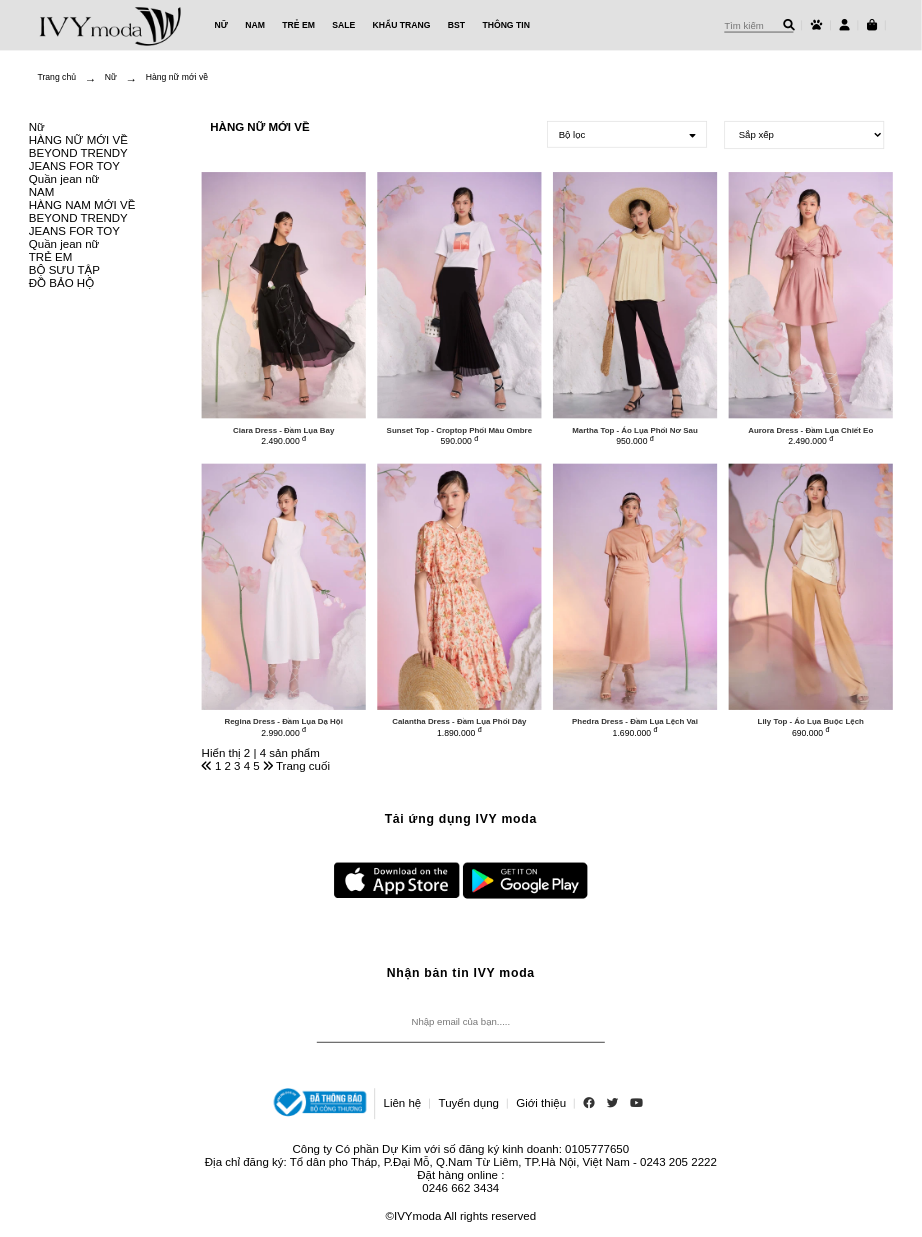
Repository: dinhvanbinh2310/ivy-moda
Page: cartegory.html
The author's editor kept a copy of each file at every save. The page is drawn from the files as they stood at one save, then again after the next save.
The browser window is 1280 px wide. The pictures show the whole page, at 72% of full size.

Above is the page before, as saved 2022-05-03 20:28:02.

### cartegory.html
<!DOCTYPE html>
<html lang="en">

<head>
    <meta charset="UTF-8">
    <meta http-equiv="X-UA-Compatible" content="IE=edge">
    <meta name="viewport" content="width=device-width, initial-scale=1.0">
    <link rel="stylesheet" href="./fontawesome-free-6.1.1-web/css/all.css">
    <link rel="stylesheet" href="./style.css">
    <title>IVY moda</title>
</head>
<header>
  <div class="logo">
      <img src="./Images/logo.png" alt="logo" class="logo">
  </div>
  <div class="menu">
      <li><a href="">NỮ</a>
          <ul class="sub-menu">
              <li> <a href="">Hàng mới về</a>
              </li>
              <li> <a href="">Collection</a>
              </li>
              <li> <a href=""> Áo</a>
                  <ul>
                      <li> <a href="">Áo sơ mi</a>
                      </li>
                      <li> <a href="">Áo thun</a>
                      </li>
                      <li> <a href="">Áo khoác</a>
                      </li>
                      <li> <a href="">Áo len</a>
                      </li>
                  </ul>
              </li>
              <li> <a href="">Quần</a>
                  <ul>
                      <li> <a href="">Quần jean</a>
                      </li>
                      <li> <a href="">Quần lửng</a>
                      </li>
                      <li> <a href="">Quần dài</a>
                      </li>

                  </ul>
              </li>
          </ul>
      </li>
      <li><a href="">NAM</a>
      </li>
      <li><a href="">TRẺ EM</a>
      </li>
      <li><a href="">SALE</a>
      </li>
      <li><a href="">KHẨU TRANG</a>
      </li>
      <li><a href="">BST</a>
      </li>
      <li><a href="">THÔNG TIN</a>
      </li>
  </div>
  <div class="others">
      <li>
          <input placeholder="Tìm kiếm" type="text"> <i class="fa-solid fa-magnifying-glass"></i>
      </li>
      <li>
          <a class="fa-solid fa-paw" href=""></a>
      </li>
      <li>
          <a class="fa-solid fa-user" href=""></a>
      </li>
      <li>
          <a class="fa-solid fa-bag-shopping" href=""></a>
      </li>
  </div>
</header>
<!------------------------------Cartegory---------------------------------->
<section class="cartegory">
    <div class="container">
        <div class="cartegory-top row">
            <p>Trang chủ</p> <span>&#8594;</span> <p>Nữ</p> <span>&#8594;</span> <p>Hàng nữ mới về</p>
        </div>
    </div>
    <div class="container">
        <div class="row">
            <div class="cartegory-left">
                <ul>
                    <li class="cartegory-left-li"><a href="">Nữ</a>
                    <ul>
                        <li><a href="">HÀNG NỮ MỚI VỀ</a></li>
                        <li><a href="">BEYOND TRENDY</a></li>
                        <li><a href="">JEANS FOR TOY</a></li>
                        <li><a href="">Quần jean nữ</a></li>
                    </ul>
                    </li>
                    <li class="cartegory-left-li"><a href="">NAM</a>
                        <ul>
                            <li><a href="">HÀNG NAM MỚI VỀ</a></li>
                            <li><a href="">BEYOND TRENDY</a></li>
                            <li><a href="">JEANS FOR TOY</a></li>
                            <li><a href="">Quần jean nữ</a></li>
                        </ul>
                    </li>
                    <li class="cartegory-left-li"><a href="">TRẺ EM</a></li>
                    <li class="cartegory-left-li"><a href="">BỘ SƯU TẬP</a></li>
                    <li class="cartegory-left-li"><a href="">ĐỒ BẢO HỘ</a></li>
                </ul>
            </div>
            <div class="cartegory-right row">
                <div class="cartegory-right-top-item">
                    <p>HÀNG NỮ MỚI VỀ</p>
                </div>
                <div class="cartegory-right-top-item">
                   <button><span>Bộ lọc</span> <i class="fa-solid fa-sort-down"></i></button>
                </div>
                <div class="cartegory-right-top-item">
                    <select name="" id="">
                        <option value="">Sắp xếp</option>
                        <option value="">Giá cao đến thấp</option>
                        <option value="">Giá thấp đến cao</option>
                    </select>
                </div>
                <div class="cartegory-right-content row">
                    <div class="cartegory-right-content-item">
                        <img src="./Images/product1.jpg" alt="">
                        <h1>Ciara Dress - Đầm Lụa Bay</h1>
                        <p>2.490.000 <sup>đ</sup></p>
                    </div>
                    <div class="cartegory-right-content-item">
                        <img src="./Images/product2.jpg" alt="">
                        <h1>Sunset Top - Croptop Phối Màu Ombre</h1>
                        <p>590.000 <sup>đ</sup></p>
                    </div>
                    <div class="cartegory-right-content-item">
                        <img src="./Images/product3.jpg" alt="">
                        <h1>Martha Top - Áo Lụa Phối Nơ Sau</h1>
                        <p>950.000 <sup>đ</sup></p>
                    </div>
                    <div class="cartegory-right-content-item">
                        <img src="./Images/product4.jpg" alt="">
                        <h1>Aurora Dress - Đầm Lụa Chiết Eo</h1>
                        <p>2.490.000 <sup>đ</sup></p>
                    </div>
                    <div class="cartegory-right-content-item">
                        <img src="./Images/product5.jpg" alt="">
                        <h1>Regina Dress - Đầm Lụa Dạ Hội</h1>
                        <p>2.990.000 <sup>đ</sup></p>
                    </div>
                    <div class="cartegory-right-content-item">
                        <img src="./Images/product6.jpg" alt="">
                        <h1>Calantha Dress - Đầm Lụa Phối Dây</h1>
                        <p>1.890.000 <sup>đ</sup></p>
                    </div>
                    <div class="cartegory-right-content-item">
                        <img src="./Images/product7.jpg" alt="">
                        <h1>Phedra Dress - Đầm Lụa Lệch Vai</h1>
                        <p>1.690.000 <sup>đ</sup></p>
                    </div>
                    <div class="cartegory-right-content-item">
                        <img src="./Images/product8.jpg" alt="">
                        <h1>Lily Top - Áo Lụa Buộc Lệch</h1>
                        <p>690.000 <sup>đ</sup></p>
                    </div>
                    <div class="cartegory-right-bottom">
                        <div class="cartegory-right-bottom-items">
                            <p>Hiển thị 2 <span>|</span> 4 sản phẩm</p>
                        </div>
                        <div class="cartegory-right-bottom-items">
                            <p><span><i class="fa-solid fa-angles-left"></i></span> 1 2 3 4 5 <span><i class="fa-solid fa-angles-right"></i></span> Trang cuối</p>
                        </div>
                    </div>
                </div>
            </div>
      </div>
    </div>
</section>
<!------------------------------Footer---------------------------------->
<section class="app-container">
  <p>Tải ứng dụng IVY moda</p>
  <div class="app-google">
      <img src="./Images/appstore.png" alt="">
      <img src="./Images/googleplay.png" alt="">
  </div>
  <p>Nhận bản tin IVY moda</p>
  <input type="text" placeholder="Nhập email của bạn.....">
</section>

<div class="footer-top">
  <li>
      <a href=""> <img src="./Images/img-congthuong.png" alt="">
      </a>
  </li>
  <li>Liên hệ</li>
  <li>Tuyển dụng</li>
  <li>Giới thiệu</li>
  <li>
      <a href="" class="fa-brands fa-facebook"></a>
      <a href="" class="fa-brands fa-twitter"></a>
      <a href="" class="fa-brands fa-youtube"></a>
  </li>
</div>
<div class="footer-center">

  <p>
      Công ty Có phần Dự Kim với số đăng ký kinh doanh: 0105777650
      <br> Địa chỉ đăng ký: Tổ dân pho Tháp, P.Đại Mỗ, Q.Nam Từ Liêm, TP.Hà Nội, Việt Nam - 0243 205 2222
      <br> Đặt hàng online :
      <br>0246 662 3434
      <br>
  </p>
</div>
<div class="footer-bottom">
  ©IVYmoda All rights reserved
</div>
</body>
</html>

### style.css
*{
  margin: 0;
  padding: 0;
  box-sizing: border-box;
  font-family: Arial, Helvetica, sans-serif;
}
li{
  list-style: none;
}
a{
  text-decoration: none;
  color: #000;
}
header{
  display: flex;
  justify-content: space-between;
  height: 70px;
  padding: 12px 50px;
  align-items: center;
  position: fixed;
  top: 0;
  left: 0;
  z-index: 1;
  background:#DDDDDDDD;
  width: 100%;
}

.logo{
  flex: 1;
  padding-top: 10px;
 size: 5px;
}
.menu{
  flex: 3;
  display: flex;
}
.menu > li{
  padding: 0 12px;
  position: relative;
}
.menu  li a{
  font-size: 12px;
  font-weight: bold;
  display: block;
  line-height: 20px;
}
.menu > li:hover .sub-menu{
  visibility: visible;
  top: 45px;
}
.sub-menu{
  position: absolute;
  width: 150px;
  border: 1px solid #ccc;
  padding: 10px 0 10px 20px;
  visibility: hidden;
  top: 75px;
  transition: 0.3s;
  z-index: 1;
  background-color: #fff;
}
.sub-menu ul{
  padding-left: 20px;
}
.sub-menu li a{
  font-size: 12px;
  font-weight: normal;
}

.others{
  flex: 1;
  display: flex;
}
.others > li{
  padding: 0 12px;
  position: relative;
}
.others>li::after{
  content: "";
  display: block;
  width: 1px;
  height: 75%;
  background: #cccccc;
  position: absolute;
  right: 0;
  top: 50%;
  transform: translateY(-50%);
}
.others > li:first-child{
  position: relative;

}
.others > li:first-child input{
  width: 100%;
  height: 100%;
  background: #0000;
  border: none;
  border-bottom:1px solid #333 ;
}
.others > li:first-child i{
position: absolute;
right: 10px;
}
.sliders{
  overflow: hidden;
}
.aspect-ratio-169 {
  display: block;
  position: relative;
  padding-top: 56.25%;
  transition: 0.3s;
}
.aspect-ratio-169 img {
  display: block;
  position: absolute;
  width: 100%;
  height: 100%;
  top: 0;
  left: 0;
}
.dot-container{
  position:absolute;
  height: 30px;
  width: 100%;
  display: flex;
  justify-content: center;
  padding-top: 10px;
}
.dot{
  height: 16px;
  width: 16px;
  background-color: #ccc;
  border-radius: 50%;
  margin-right: 12px;
  cursor: pointer;
}
.dot.active{
  background-color: #333;
}
/* -------------------------------app---------------------------- */
.app-container{
  text-align: center;
  align-items: center;
  padding: 15px 0 50px 0;
}
.app-google{
  margin:50px;
}
.app-google img{
  height: 50px;
  cursor: pointer;
}
.app-container p{
line-height: 20px;
letter-spacing: 1px;
font-size: 17px;
color:#000;
font-weight: bold;
padding-top: 40px;
}
.app-container input{
  margin-top: 50px;
  border: none;
  border-bottom: 1px solid #000;
  padding-bottom: 20px;
  width: 400px;
  text-align: center;
  outline: none;
}
.footer{
  text-align: center;
}
.footer-top{
  display: flex;
  text-align: center;
  justify-content: center;
  align-items: center;
  margin-bottom: 20px;
  height: 70px;
}
.footer-top img{
  height: 50px;
}
.footer-top li{
  padding: 0 12px;
  position: relative;
}
.footer-top li::after{
  content:"";
  display: block;
  width: 1px;
  height: 80%;
  background-color: #cccccc;
  position: absolute;
  right: 0;
  top: 50%;
  transform: translateY(-50%);
}
.footer-top li:last-child::after{
  display: none;
}
.footer-top li:last-child a{
margin-right: 12px;
color:#333;
}
.footer-center{
  text-align: center;
}
.footer-bottom{
  margin: 20px 0;
  text-align: center;
}
/* Cartegory */
.cartegory{
  padding: 100px 0 0;
}
.container{
  max-width: 1200px;
  margin: auto;
}
.row{
  display: flex;
  flex-wrap: wrap;
}
.cartegory-top{
  margin-bottom: 50px;
}
.cartegory-top p{
  font-family: Arial, Helvetica, sans-serif;
margin: 0 12px;
font-size: 12px;
}
.cartegory-left{
  width: 20%;
}
.cartegory-right{
  width: 80%;
}
.cartegory-right-top-item:first-child{
  flex: 2;
font-size: 16px;
font-family: Arial, Helvetica, sans-serif;
font-weight: bold;
}
.cartegory-right-top-item{
  flex: 1;
  padding: 0 12px;
}
.cartegory-right-top-item button{
  width: 100%;
  padding: 10px 15px;
  display: flex;
  justify-content: space-between;
  background-color: #ffff;
  border: 1px solid #dddd;
  cursor: pointer;
}
.cartegory-right-top-item select{
  width: 100%;
  padding: 10px 15px;
  display: flex;
  justify-content: space-between;
  background-color: #ffff;
  border: 1px solid #dddd;
  cursor: pointer;
}
.cartegory-right-content{
  margin-top: 20px;
  justify-content: space-between;
}
.cartegory-right-content-item{
  width: calc(25% - 12px);
  text-align: center;
  padding: 12px 0;
}
.cartegory-right-content-item h1{
  font-size: 11px;
font-family: Arial, Helvetica, sans-serif;
  margin-top: 6px;
  color: #333333;
}
.cartegory-right-content-item img{
  width: 100%;
}
.cartegory-right-content-item p{
  font-size: 12px;
}

Loaded but not shown: fontawesome-free-6.1.1-web/css/all.css (library)

After the next save:
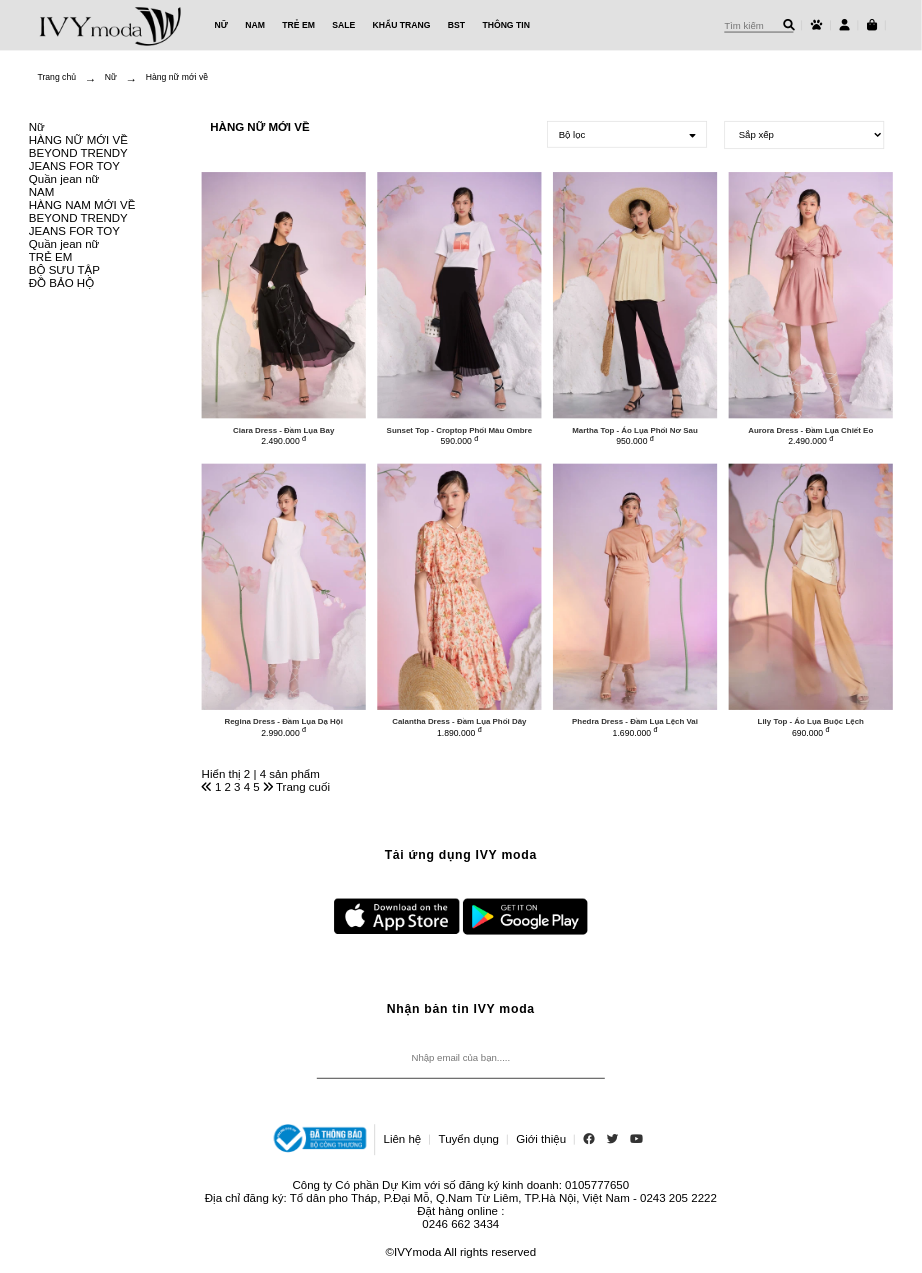
Saved 55 s later.
--- a/style.css
+++ b/style.css
@@ -285,3 +285,7 @@
 .cartegory-right-content-item p{
   font-size: 12px;
 }
+.cartegory-right-bottom{
+  justify-content: space-between;
+  margin: 30px 0 20px;
+}
